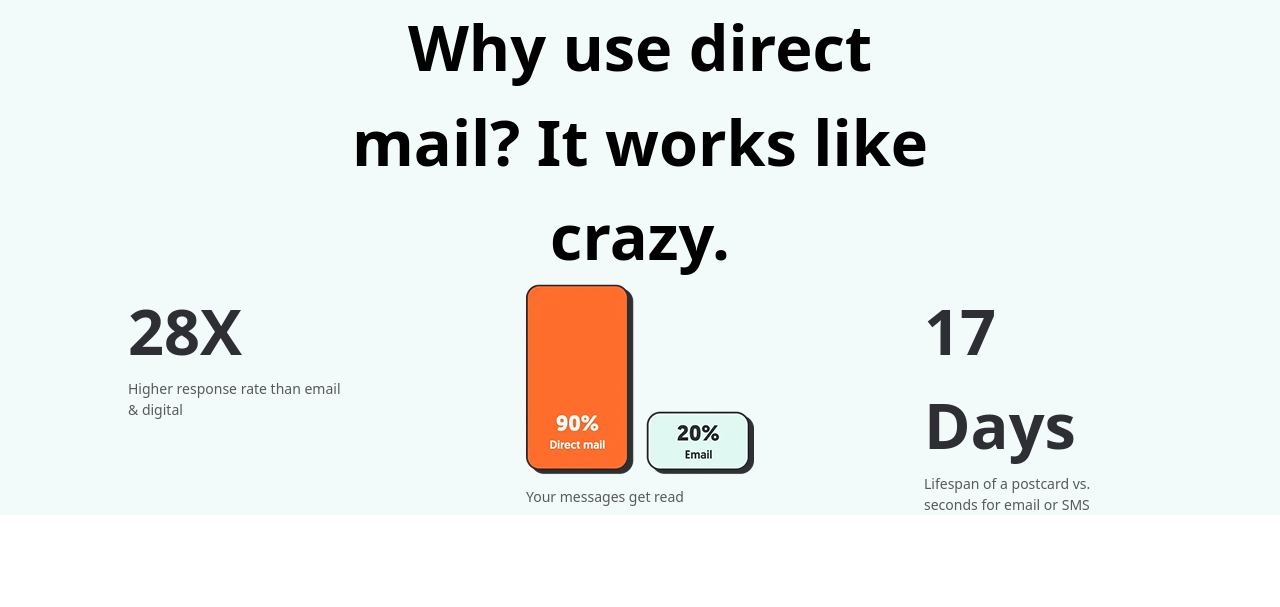
Repository: trusha97/postpilot
Page: mailsende.html
These files come from the project's save history. The page is drawn as it stood at one moment and after a run of saves; the edit follows.
The browser window is 1280 px wide. The pictures show the whole page.
Some web libraries are served in a nearby version.

Above is the page before, as saved 2025-05-21 14:58:21.

### mailsende.html
<!DOCTYPE html>
<html lang="en">

<head>
    <meta charset="UTF-8" />
    <meta name="viewport" content="width=device-width, initial-scale=1.0" />
    <title>mail send</title>
    <!-- Tailwind CSS CDN -->
    <script src="https://cdn.tailwindcss.com"></script>
</head>

<body>
    <div class="bg-[#F3FAFA]">
        <div>
            <p class="text-[63px] max-w-[615px] text-center mx-auto font-bold">Why use direct mail?
                It <span>works</span> like crazy.</p>
        </div>
        <div
            class=" flex gap-[170px] mx-auto justify-center">
            <div class="w-[33.33%] max-w-[228px]">
                <h2 class="text-[63px] font-[700] text-[#2E2F35] max-md:text-[50px] max-sm:text-[30px]">28X</h2>
                <p class="text-[14px] font-[500] text-[#58595D]">Higher response rate than email<br>&
                    digital
                </p>
            </div>
            <div class="w-[33.33%] max-w-[228px]">
                <img src="Assets/images/emailmobile.png">
                <p class="text-[14px] font-[500] text-[#58595D]">Your messages get read</p>
            </div>
            <div class="w-[33.33%] max-w-[228px]">
                <h2 class="text-[63px] font-[700] text-[#2E2F35] max-md:text-[50px] max-sm:text-[30px]"">17 Days</h2>
                        <p class=" text-[14px] font-[500] text-[#58595D]">Lifespan of a postcard vs.<br>seconds
                    for email
                    or SMS</p>
            </div>
        </div>
    </div>
</body>

</html>

After the next 2 saves:
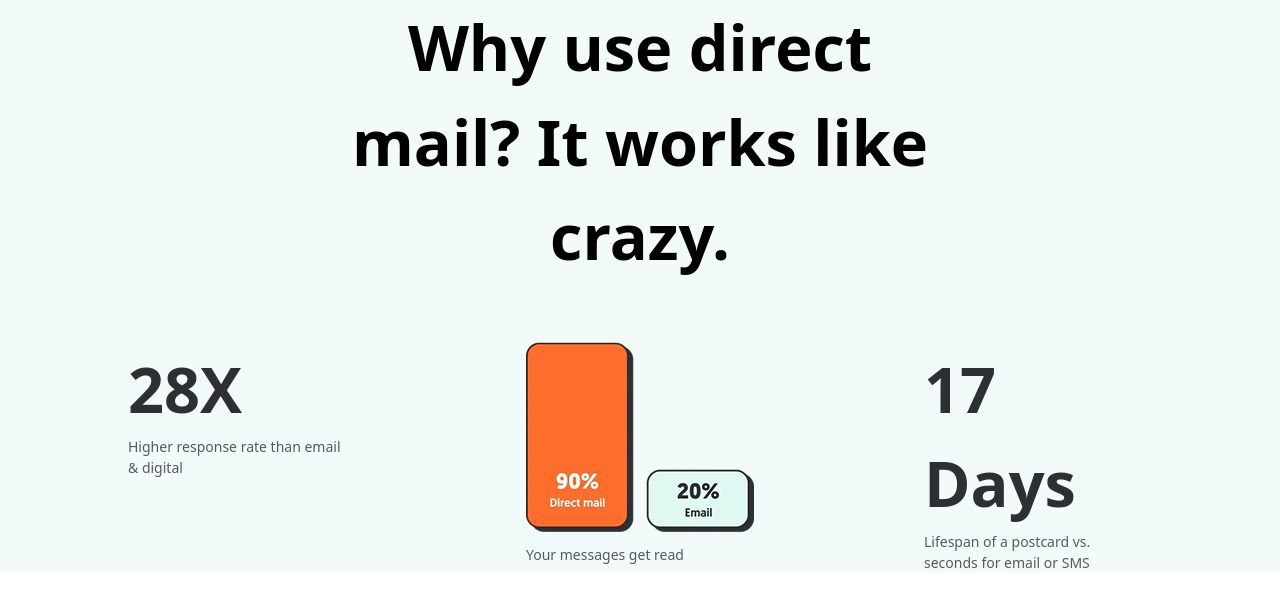
The 2 saves are shown as one change because they came seconds apart.
The last was saved 24 s later.
--- a/mailsende.html
+++ b/mailsende.html
@@ -16,7 +16,7 @@
                 It <span>works</span> like crazy.</p>
         </div>
         <div
-            class=" flex gap-[170px] mx-auto justify-center">
+            class=" flex gap-[170px] mx-auto justify-center mt-[58px]">
             <div class="w-[33.33%] max-w-[228px]">
                 <h2 class="text-[63px] font-[700] text-[#2E2F35] max-md:text-[50px] max-sm:text-[30px]">28X</h2>
                 <p class="text-[14px] font-[500] text-[#58595D]">Higher response rate than email<br>&
